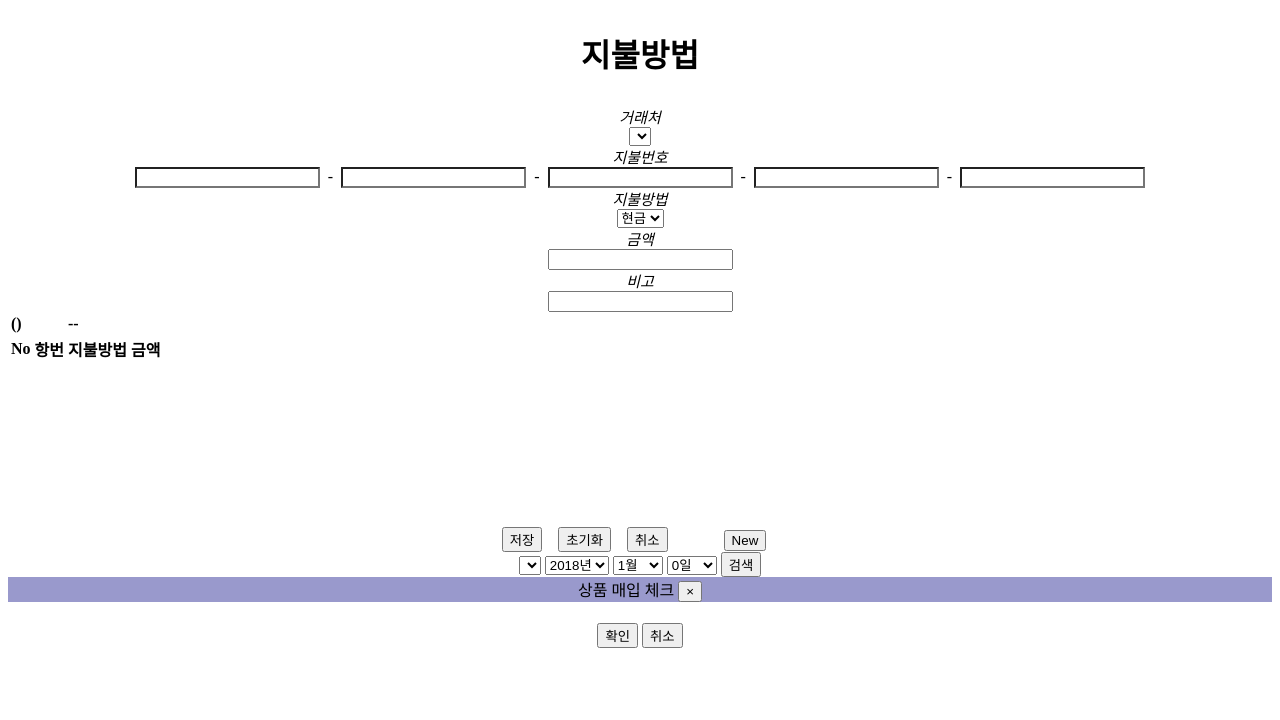
Repository: jaehyuny/springcontentall
Page: http://localhost/ncs4project/WEB-INF/views/distribution/pay_insert_form.jsp
The author's editor kept a copy of each file at every save. The page is drawn from the files as they stood at one save, then again after the next save.
The browser window is 1280 px wide. The pictures show the whole page.
The page is served by Tomcat 9. Nobody is signed in. Other server files are loaded and not shown. The template is opened directly, without the code that normally fills it, so the values that code supplies are empty.

Above is the page before, as saved 2018-07-25 07:19:39.

### ncs4webproject/ncs4project/src/main/webapp/WEB-INF/views/distribution/pay_insert_form.jsp
<%@ page language="java" contentType="text/html; charset=UTF-8"
    pageEncoding="UTF-8"%>
    <%@ taglib uri="http://java.sun.com/jsp/jstl/core" prefix="c" %>
<!DOCTYPE html PUBLIC "-//W3C//DTD HTML 4.01 Transitional//EN" "http://www.w3.org/TR/html4/loose.dtd">
<html>
<head>
<meta http-equiv="Content-Type" content="text/html; charset=UTF-8">
<title>Insert title here</title>
</head>
<body>
	<form id="pay_form" name="pay_form" action="payinsert" method="post">
		<input type="hidden" id="vendname" name="vendname">
		<input type="hidden" id="seq" name="seq" value="0">
		<input type="hidden" id="beforeqty" name="beforeqty" value="0">
		<input type="hidden" id="beforeprocode" name="beforeprocode" value="0">
		<input type="hidden" id="beforeprice" name="beforeprice" value="0">
		<div class="container" style="text-align: center">
			<div style="margin-top: 30px">
				<h1>지불방법</h1>
			</div>
			<div class="row" style="margin-top: 30px">
				<div class="input-group mb-3 col-md-6">
					<div class="input-group mb-3">
						<div class="input-group-prepend">
							<span class="input-group-text" style="width: 100px"><i
								class="fas fa-address-card" style="font-size: 15px"> 거래처</i></span>
						</div>
						<select id="selectvender" name="vendcode" class="form-control">
							<c:forEach var="vender" items="${venders}">
								<option value="${vender.code}"<c:if test="${vender.code == pay.vendcode}">selected</c:if>>${vender.name}</option>
							</c:forEach>
						</select>
					</div>
					<div class="input-group mb-3">
						<div class="input-group-prepend">
							<span class="input-group-text" style="width: 100px"><i
								class="fas fa-address-card" style="font-size: 15px"> 지불번호</i></span>
						</div>
						<input type="text" id="yyyy" name="yyyy" class="form-control" style="background-color: #fff" value="${pay.yyyy}" readonly>
						&nbsp-&nbsp
						<input type="text" id="mm" name="mm" class="form-control" style="background-color: #fff" value="${pay.mm}" readonly>
						&nbsp-&nbsp
						<input type="text" id="dd" name="dd" class="form-control" style="background-color: #fff" value="${pay.dd}" readonly>
						&nbsp-&nbsp
						<input type="text" id="no" name="no" class="form-control" style="background-color: #fff" value="${pay.no}" readonly>
						&nbsp-&nbsp
						<input type="text" id="hang" name="hang" class="form-control" style="background-color: #fff" value="${pay.hang}" readonly>
					</div>
					<div class="input-group mb-3">
						<div class="input-group-prepend">
							<span class="input-group-text" style="width: 100px"><i
								class="fas fa-address-card" style="font-size: 15px"> 지불방법</i></span>
						</div>
						<select id="payway" name="payway" class="form-control">
							<option value="현금">현금</option>
							<option value="어음">어음</option>
							<option value="카드">카드</option>
						</select>
					</div>
					<div class="input-group mb-3">
						<div class="input-group-prepend">
							<span class="input-group-text" style="width: 100px"><i
								class="fas fa-address-card" style="font-size: 15px"> 금액</i></span>
						</div>
						<input type="text" id="amount" name="amount" class="form-control"
							maxlength="9" onkeydown='return onlyNumber(event)' onkeyup='removeChar(event)'>
					</div>
					<div class="input-group mb-3">
						<div class="input-group-prepend">
							<span class="input-group-text" style="width: 100px"><i
								class="fas fa-address-card" style="font-size: 15px"> 비고</i></span>
						</div>
						<input type="text" id="memo" name="memo" class="form-control"
							maxlength="30">
					</div>
				</div>
				<div class="input-group mb-3 col-md-6" style="overflow:auto; height:215px">
					<div class="input-group mb-3">
						<table class="table table-bordered">
							<thead class="thead-dark">
								<tr style="text-align: left">
									<c:choose>
										<c:when test="${y == null}">
											<th colspan="2">(${pay.vendname})</th>
											<th colspan="2">${pay.yyyy}-${pay.mm}-${pay.dd}</th>
										</c:when>
										<c:otherwise>
											<th colspan="2">${vn}</th>
											<th colspan="2">
											<c:choose>
												<c:when test="${d != 0}">${y}-${m}-${d}</c:when>
												<c:otherwise>${y}-${m}</c:otherwise>
											</c:choose>
											</th>
										</c:otherwise>
									</c:choose>
								</tr>
								<tr>
									<th>No</th>
									<th>항번</th>
									<th>지불방법</th>
									<th>금액</th>
								</tr>
							</thead>
							<c:forEach var="pay" items="${pays}" varStatus="status">
								<tbody>
									<tr>
									<c:choose>
										<c:when test="${pay.hang==0 && pay.no !=0}">
											<td> </td>
											<td> </td>
											<td>소계</td>
											<td>${pay.amount}</td>
										</c:when>
										<c:when test="${pay.hang==0 && pay.no ==0}">
											<td></td>
											<td></td>
											<td>총계</td>
											<td>${pay.amount}</td>
										</c:when>
										<c:otherwise>
											<c:choose>
												<c:when test="${d != 0}">
													<td>${pay.no}</td>
												</c:when>
												<c:otherwise>
													<td>${pay.dd}-${pay.no}</td>
												</c:otherwise>
											</c:choose>
											<td>${pay.hang}</td>
											<td><a href="#" onclick="selectedSeq(${pay.seq})">${pay.payway}</a></td>
											<td>${pay.amount}</td>
										</c:otherwise>
									</c:choose>
									</tr>
								</tbody>
							</c:forEach>
						</table>
					</div>
				</div>
			</div>
			</form>
			<form id="paysearch_form" action="paysearch" method="get">
			<div class="row">
				<div class="input-group mb-3 col-md-6">
					<button type="button" id="paysave" class="btn btn-primary">저장</button>
					&nbsp&nbsp
					<button type="button" id="payupdate" class="btn btn-success" style="display: none">update</button>
					<button type="reset" id="payreset" class="btn btn-success">초기화</button>
					&nbsp&nbsp
					<a href="index"><button type="button" id="paycancel"
							class="btn btn-warning">취소</button></a>
					&nbsp&nbsp&nbsp&nbsp&nbsp&nbsp&nbsp&nbsp&nbsp&nbsp&nbsp&nbsp
					<a href="payinsertform"><button type="button" id="paynew" class="btn btn-danger">New</button></a>
					&nbsp&nbsp
					<button type="button" id="paydelete" class="btn btn-default"  style="display: none">삭제</button>
				</div>
				<div class="input-group mb-3 col-md-6">
					<select id="searchvender" name="searchvender" class="form-control">
						<c:forEach var="vender" items="${venders}">
							<option value="${vender.code}"<c:if test="${vender.code == vn}">selected</c:if>>${vender.name}</option>
						</c:forEach>
					</select>
					<select id="searchyyyy" name="searchyyyy" class="form-control">
						<c:forEach begin="1" end="18" var="x" step="1">
							<c:choose>
								<c:when test="${x <= 9}">
									<option value="20${19-x}">20${19-x}년</option>
								</c:when>
								<c:otherwise>
									<option value="200${19-x}">200${19-x}년</option>
								</c:otherwise>
							</c:choose>
						</c:forEach>
					</select>
					<select id="searchmm" name="searchmm" class="form-control">
						<c:forEach var="i" begin="1" end="12" step="1">
							<option value="${i}"<c:if test="${i == m}">selected</c:if>>${i}월</option>
						</c:forEach>
					</select>
					<select id="searchdd" name="searchdd" class="form-control">
						<c:forEach var="i" begin="0" end="31" step="1">
							<option value="${i}"<c:if test="${i == d}">selected</c:if>>${i}일</option>
						</c:forEach>
					</select>
					<button type="button" id="paysearch" class="btn btn-primary">검색</button>
				</div>
			</div>
			<!-- Modal -->
			<div id="paymyModal" class="modal fade" role="dialog">
				<div class="modal-dialog">

					<!-- Modal content-->
					<div class="modal-content">
						<div class="modal-header" style="background-color: #9999cc">
							상품 매입 체크
							<button type="button" class="close" data-dismiss="modal">&times;</button>
							<h4 class="modal-title"></h4>
						</div>
						<div class="pay-modal-body">
							<p><span id="modalmsgvender"></span></p>
							<p><span id="modalmsgproduct"></span></p>
							<p><span id="modalmsg"></span></p>
						</div>
						<div class="modal-footer">
							<button type="button" class="btn btn-success pay_modal_btn1" data-dismiss="modal">확인</button>
							<button type="button" class="btn btn-success pay_modal_btn2" data-dismiss="modal">취소</button>
						</div>
					</div>
				</div>
			</div>
		</div>
	</form>
</body>
</html>

After the next save:
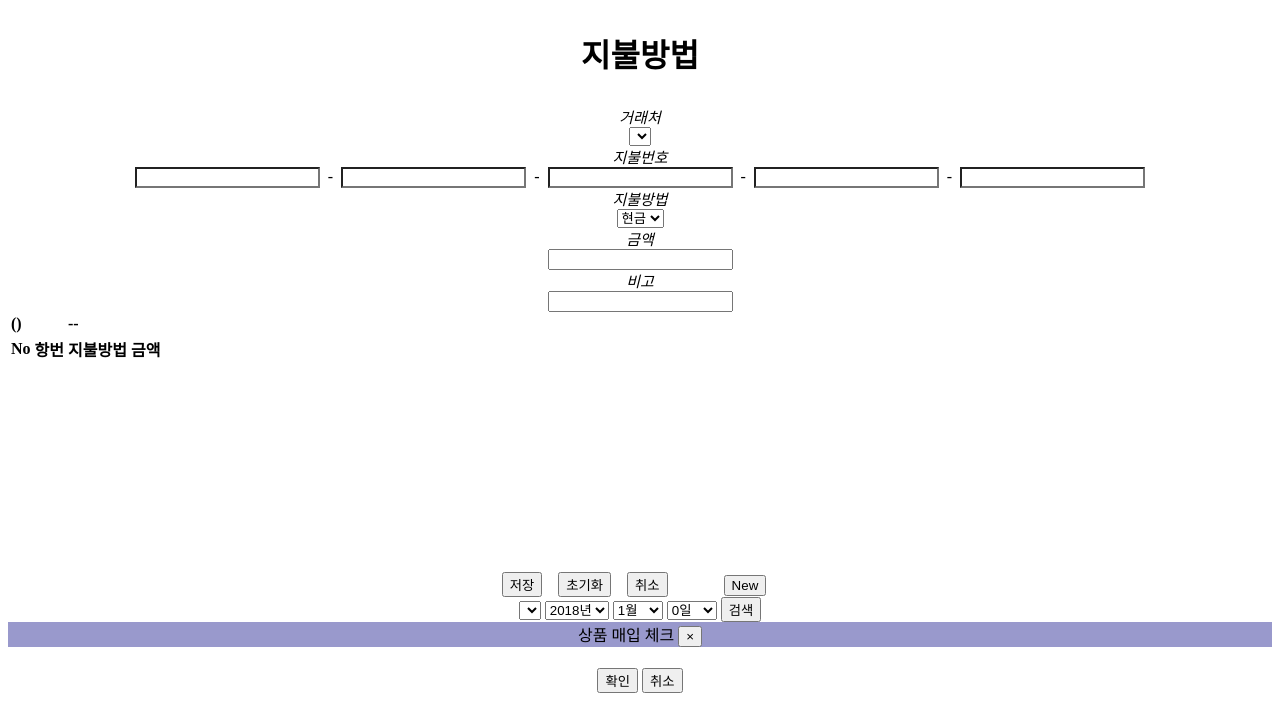
Saved 21 s later.
--- a/ncs4webproject/ncs4project/src/main/webapp/WEB-INF/views/distribution/pay_insert_form.jsp
+++ b/ncs4webproject/ncs4project/src/main/webapp/WEB-INF/views/distribution/pay_insert_form.jsp
@@ -74,7 +74,7 @@
 							maxlength="30">
 					</div>
 				</div>
-				<div class="input-group mb-3 col-md-6" style="overflow:auto; height:215px">
+				<div class="input-group mb-3 col-md-6" style="overflow:auto; height:260px">
 					<div class="input-group mb-3">
 						<table class="table table-bordered">
 							<thead class="thead-dark">
